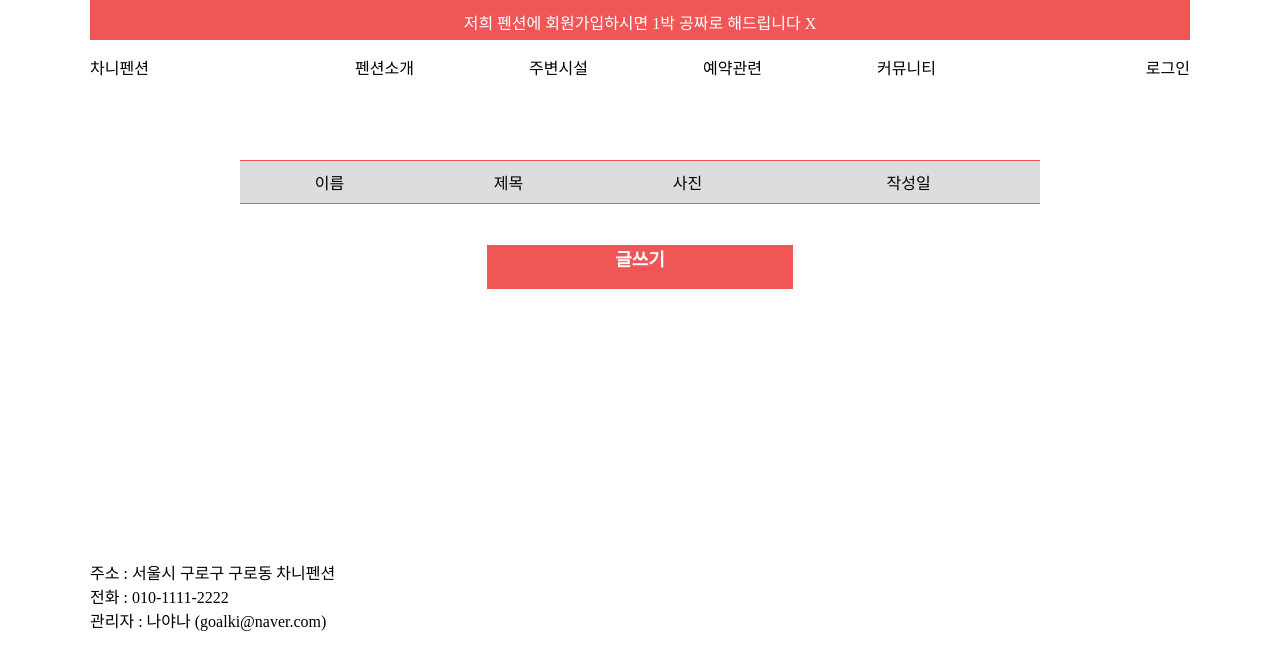
Repository: goalki/pension
Page: http://localhost/pension/tour/list.jsp
These files come from the project's save history. The page is drawn as it stood at one moment and after the next save; the edit follows.
The browser window is 1280 px wide. The pictures show the whole page.
The page is served by Tomcat 9. Queries for data that is not in the repository find no rows.

Above is the page before, as saved 2021-01-21 05:38:05.

After the next save:
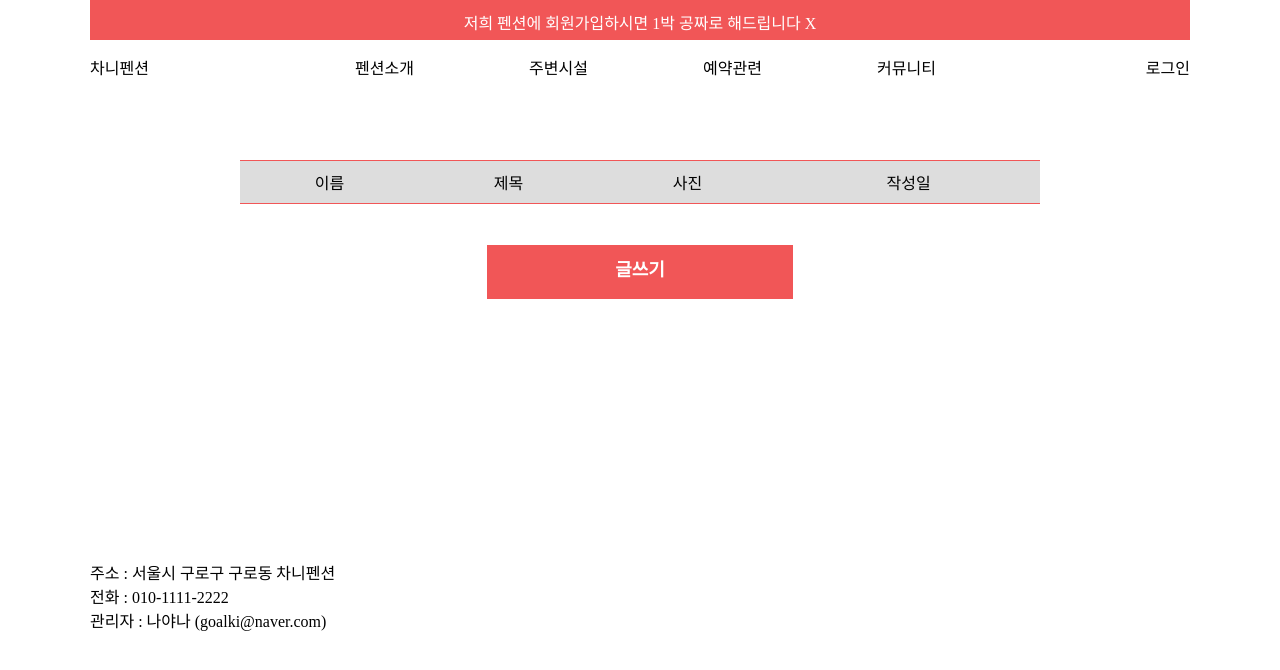
Saved 11 s later.
--- a/pension/WebContent/tour/list.jsp
+++ b/pension/WebContent/tour/list.jsp
@@ -43,6 +43,7 @@
     color:white;
     font-size:18px;
     font-weight:900;
+    padding-top:10px;
   }
  </style>
  <div id="section">
